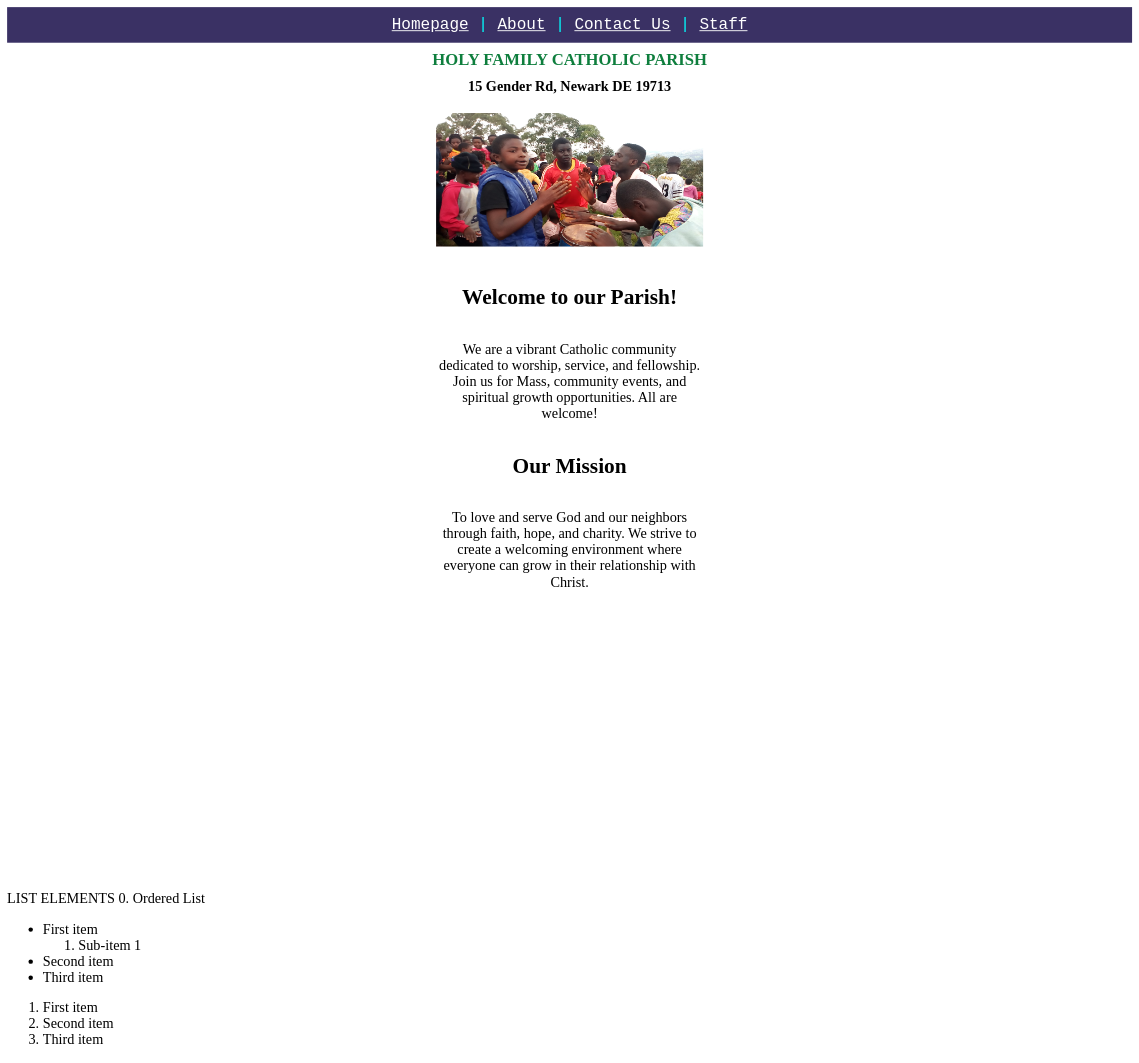
Repository: ficotims/HTML-RESTART
Page: Homepage.html
The author's editor kept a copy of each file at every save. The page is drawn from the files as they stood at one save, then again after the next save.
The browser window is 1280 px wide. The pictures show the whole page, at 89% of full size.

Above is the page before, as saved 2026-02-10 18:00:39.

### Homepage.html
<!doctype html>
<html lang="en">
  <head>
    <meta charset="UTF-8" />
    <meta name="viewport" content="width=device-width, initial-scale=1.0" />
    <title>HTML Crash course with Iman Musa</title>
    <link rel="stylesheet" href="Style 1.css"/>
  </head>
  <body>

    <!-- NAVIGATION SECTION -->
        <div style="background-color: rgb(58, 49, 100); padding: 10px; text-align: center; color: aqua; font-size: 18px; font-family: monospace, Lemon milk;">
    <a href="Homepage.html" target="_top" style="color: white;">Homepage</a> |
    <a href="about.html" style="color: white;">About</a> | <a href="Contact us.html" style="color: white;">Contact Us</a> |
    <a href="staff.html" style="color: white;">Staff</a>
     </div>

 <div style="text-align: center;">
    <h3><span style="color: rgb(14, 126, 61);"><div style="line-height: 0;">HOLY FAMILY CATHOLIC PARISH</b></span></h3>
    <H4>15 Gender Rd, Newark DE 19713</H4>
    <img
        src="images/Acension.jpg"
        alt="Catholic Church Logo"
        width="300"
        height="150"
      />
      </div>

      <div class="container">
        <div class="profile-box">
          <h2>Welcome to our Parish!</h2>
          <p>
            We are a vibrant Catholic community dedicated to worship, service, and fellowship. Join us for Mass, community events, and spiritual growth opportunities. All are welcome!
          </p>
          <h2>Our Mission</h2>
          <p>
            To love and serve God and our neighbors through faith, hope, and charity. We strive to create a welcoming environment where everyone can grow in their relationship with Christ.

        </div>
      </div>

    <!-- this is LIST -->
<hi2>LIST ELEMENTS</h2>

    0. Ordered List

    <ul>
      <li>First item</li>
      <ol><li>Sub-item 1</li></ol>
      <li>Second item</li>
      <li>Third item</li>
    </ul>

    <ol>
      <li>First item</li>
      <li>Second item</li>
      <li>Third item</li>
    </ol>
  </body>
</html>

### Style 1.css
.body1 {
    color: rgb(255, 249, 249);
    background-color: rgb(92, 113, 206);
    border-radius: 50px;
    font-size: 25px;
}

.flyout {
    border: none;
    background-color: lightgreen;
    color: rgb(0, 0, 0);
    padding: 20px;
    margin: 15px;
    height: 250px;
    width: 200px;
}

{
    margin: 0px;
    padding: px;
    box-sizing: border-box;
    font-family: Arial, Helvetica, sans-serif;
}

.container {
    width: 100%;
    height: 100vh;
    background-size: cover;
    background-position: center;
    display: flex;
    aligh-items: center;
    justify-content: center;
}

.profile-box {
    background-color: rgb(255, 255, 255);
    text-align: center;
    border-radius: 50px;
    padding: 20px;
    width: 300px;
    height: 400px;
    display: flex;
    flex-direction: column;
    align-items: center;
}

After the next save:
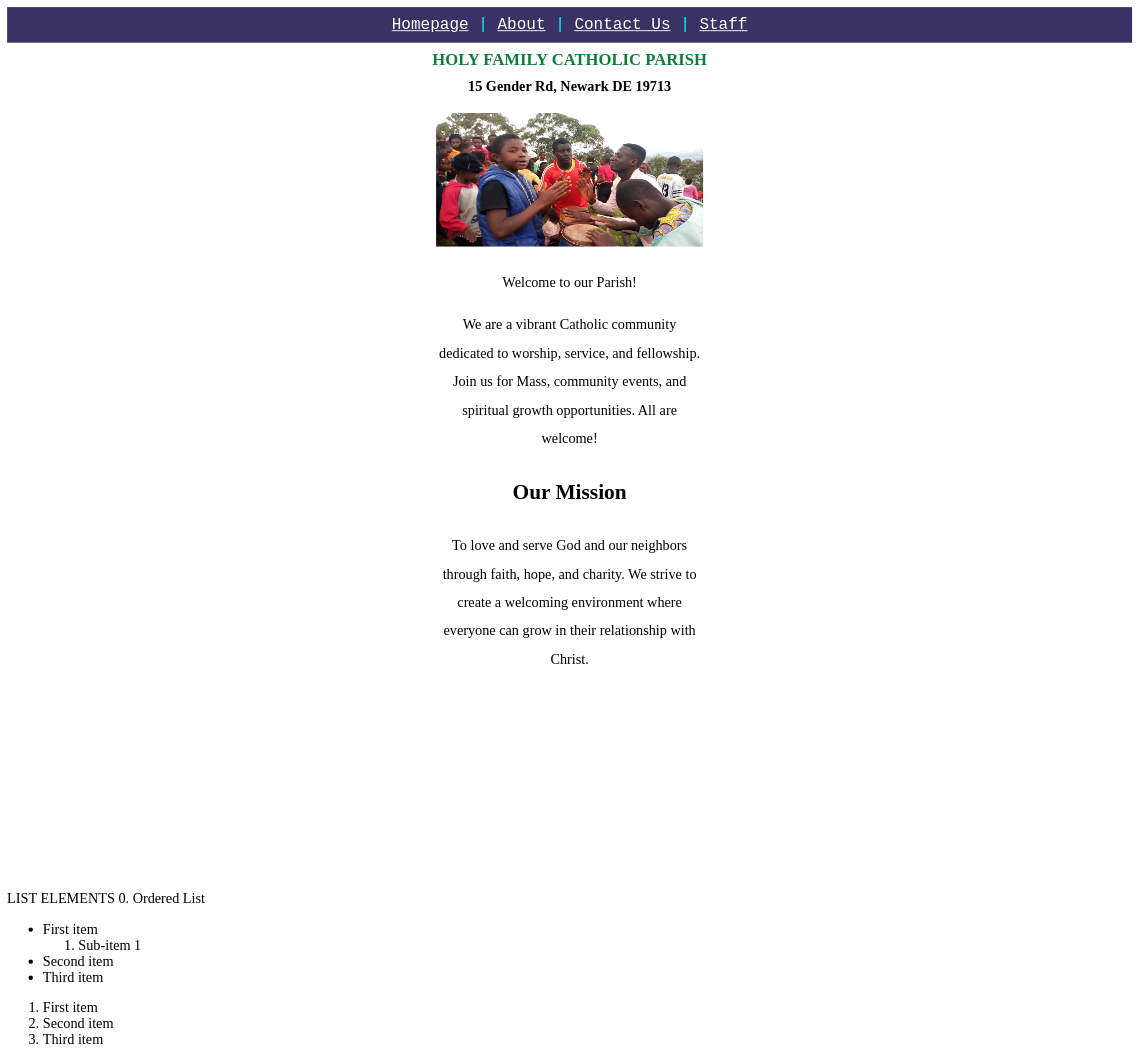
Saved 41 s later.
--- a/Homepage.html
+++ b/Homepage.html
@@ -28,7 +28,7 @@
 
       <div class="container">
         <div class="profile-box">
-          <h2>Welcome to our Parish!</h2>
+          <span style="line-height: 2;"<h2>Welcome to our Parish!</h2>
           <p>
             We are a vibrant Catholic community dedicated to worship, service, and fellowship. Join us for Mass, community events, and spiritual growth opportunities. All are welcome!
           </p>

After the save that followed:
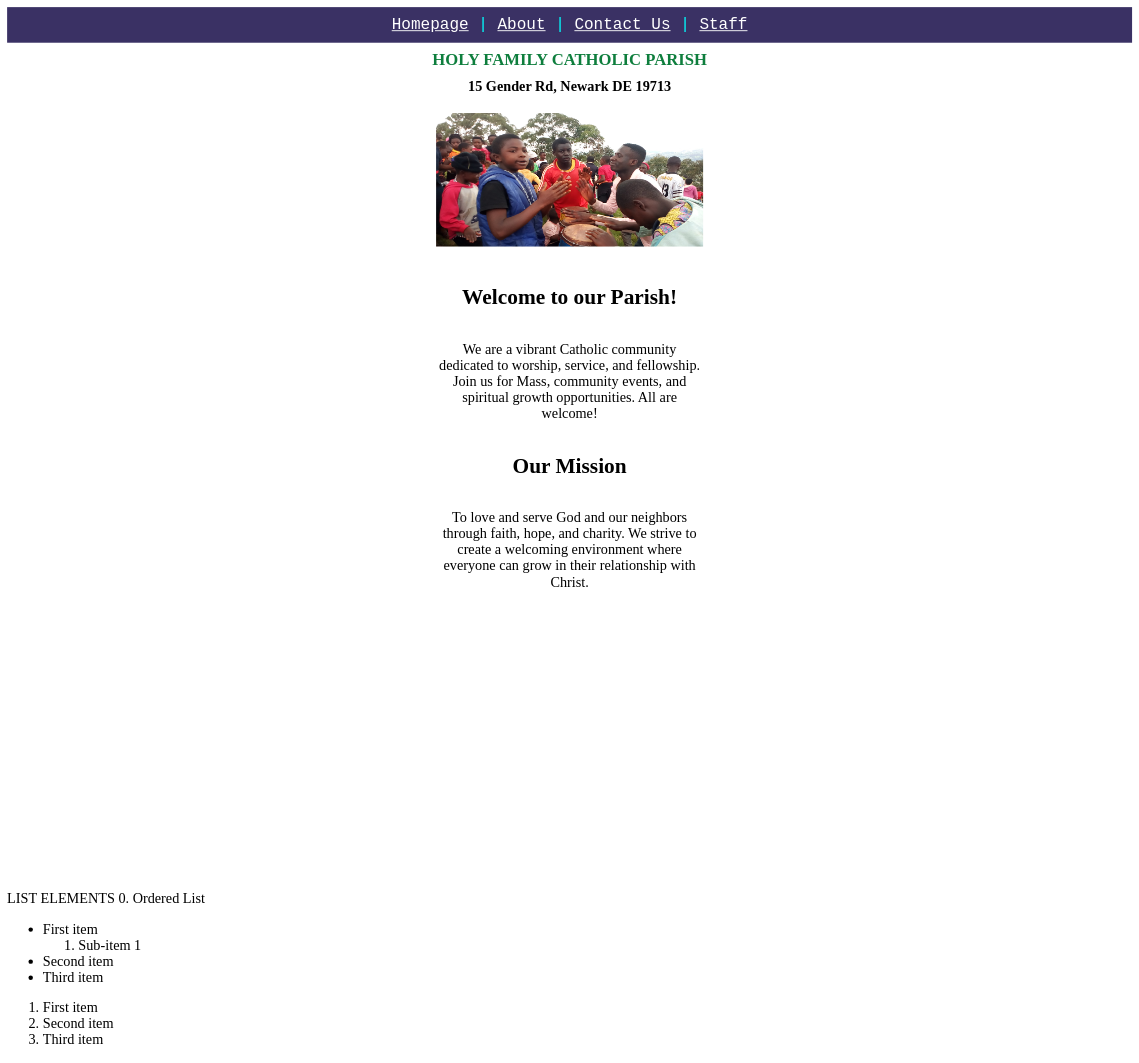
Saved 15 s later.
--- a/Homepage.html
+++ b/Homepage.html
@@ -28,7 +28,7 @@
 
       <div class="container">
         <div class="profile-box">
-          <span style="line-height: 2;"<h2>Welcome to our Parish!</h2>
+          <span style="line-height: 2;"></span><h2>Welcome to our Parish!</h2>
           <p>
             We are a vibrant Catholic community dedicated to worship, service, and fellowship. Join us for Mass, community events, and spiritual growth opportunities. All are welcome!
           </p>
